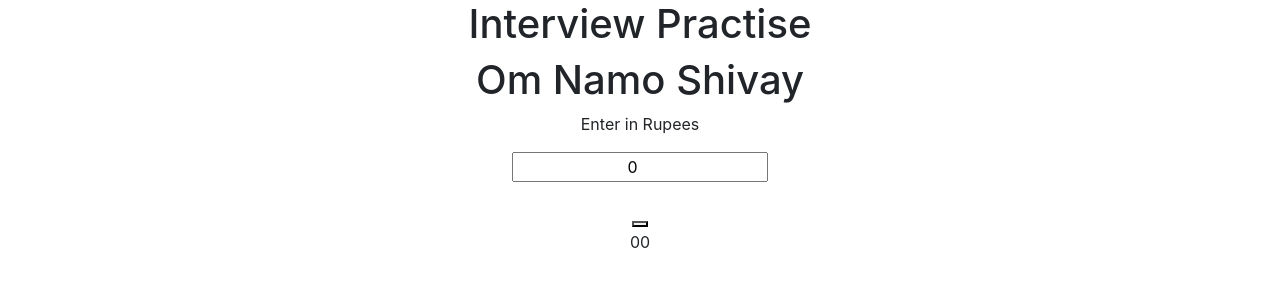
Repository: punitbathija/Machine-Round-React
Page: /
These files come from the project's save history. The page is drawn as it stood at one moment and after the next save; the edit follows.
The browser window is 1280 px wide. The pictures show the whole page.
The project was rebuilt for these pictures with package versions that can differ from the ones it lists, and the page was loaded fresh each time. Also part of the build but not shown: src/components/counter.jsx, src/components/ProgressBar.js.

Above is the page before, as saved 2023-06-01 13:54:37.

After the next save:
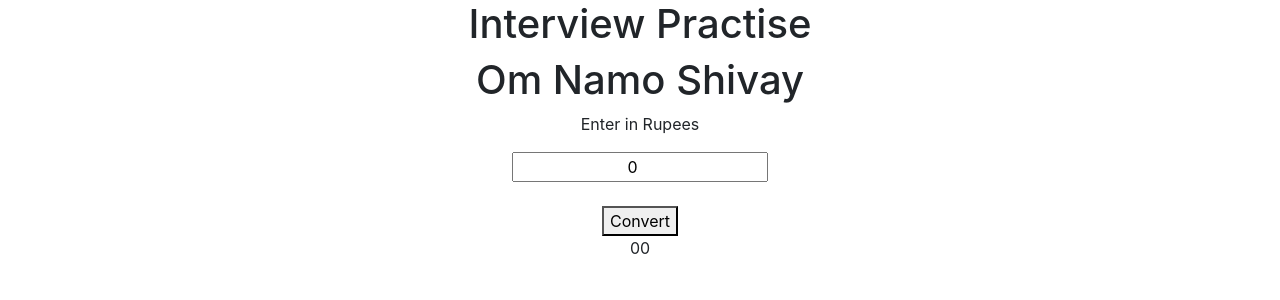
Saved 12 s later.
--- a/src/components/CurrencyCoverter.js
+++ b/src/components/CurrencyCoverter.js
@@ -36,7 +36,7 @@ const CurrencyCoverter = () => {
       <br />
       {/* <button onClick={convertToDollar}>In $</button>
       <button onClick={convertToPounds}>In £</button> */}
-      <button onClick={convert}></button>
+      <button onClick={convert}>Convert</button>
       <br />
       {inDollars && <p>${inDollars}</p>}
       {inPounds && <p>{inPounds}</p>}
